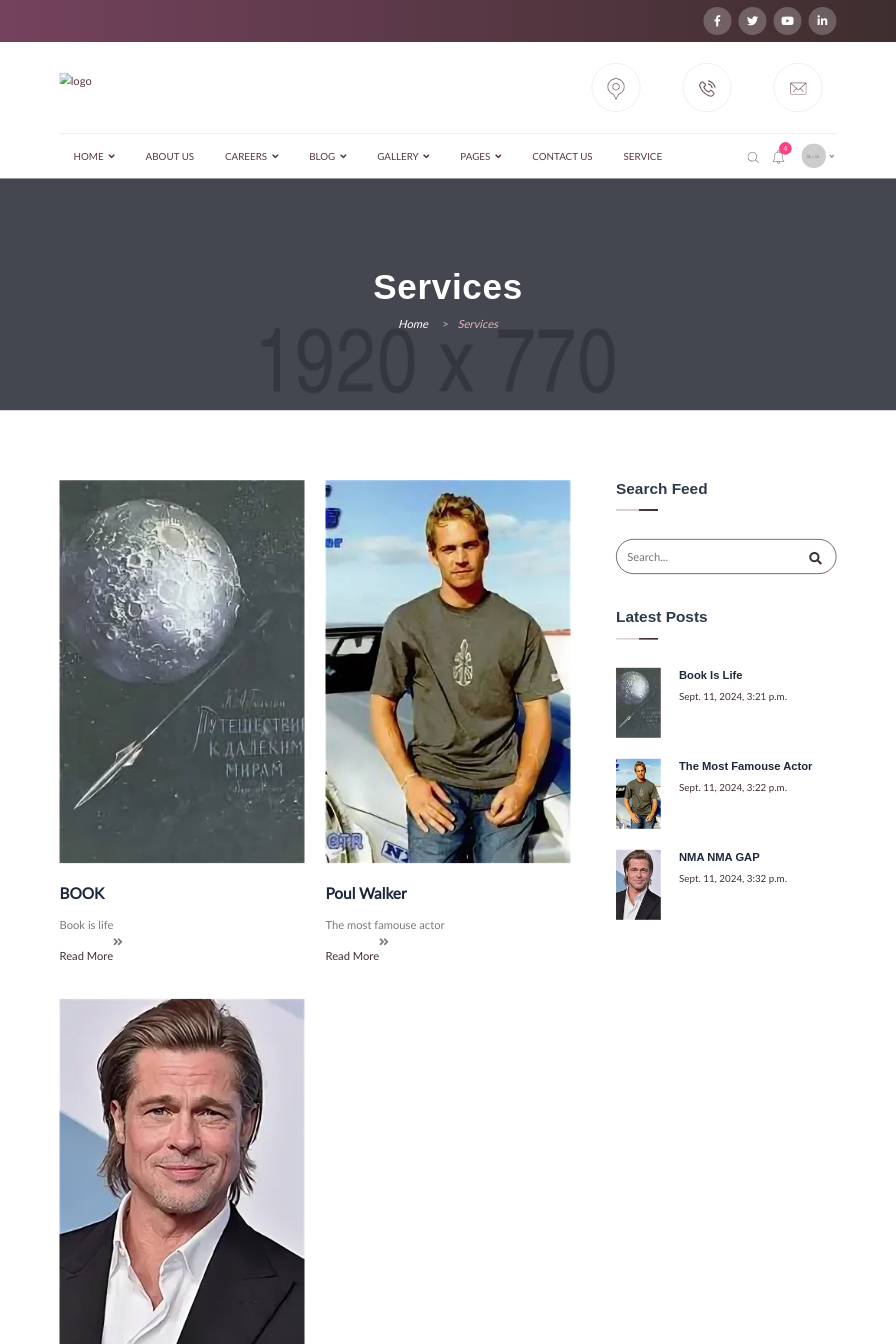
Repository: maqsudov0371/vazifa7oy10dars
Page: http://localhost/service/
These files come from the project's save history. The page is drawn as it stood at one moment and after the next save; the edit follows.
The browser window is 1280 px wide. The pictures show the part of the page from y = 0 to 1920 px (the page is 3012 px tall), at 70% of full size.
Some web fonts or font styles are not loaded; a fallback is used. The page is served by the project's application, run on Django 4.2 (manage.py). Other server files are loaded and not shown. The page reads the database file committed with the project. Queries for data that is not in the repository find no rows.

Above is the page before, as saved 2024-09-11 15:29:53.
Console error: TypeError: Cannot read properties of undefined (reading 'left')

### main/templates/main/service.html
{% extends 'base.html' %}

{% block slider %}
{% endblock slider %}

{% block content %}
    <!-- inner header wrapper start -->
    <div class="page_title_section float_left">
        <div class="page_header">
            <div class="container">
                <div class="row">
                    <!-- section_heading start -->
                    <div class="col-lg-12 col-md-12 col-12 col-sm-12">
                        <h1>Services</h1>
                    </div>
                    <div class="col-lg-12 col-md-12 col-12 col-sm-12">
                        <div class="sub_title_section">
                            <ul class="sub_title">
                                <li><a href="#">Home</a> &nbsp;&nbsp;&nbsp; &gt; &nbsp;&nbsp;</li>
                                <li>Services</li>
                            </ul>
                        </div>
                    </div>
                </div>
            </div>
        </div>
    </div>
    <!-- inner header wrapper end -->

    <!-- blog wrapper start -->
    <div class="blog_wrapper float_left">
        <div class="container">
            <div class="row">
                <div class="col-xl-8 col-lg-8 col-md-12 col-sm-12 col-xs-12">
                    <div class="row">
                        {% for service in services %}
                        <div class="col-md-6">
                            <div class="blog-post-wrapper iner_blog">
                                <div class="post-thumbnail">
                                    <img src="{{ service.image.url }}" class="img-responsive" alt="Image">
                                </div>
                                <div class="blog-content edu_service_header">
                                    <header class="entry-header">
                                        <h4 class="entry-title edu_service_heading">
                                            <a href="{% url 'main:service_detail' pk=service.pk %}">{{ service.title }}</a>
                                        </h4>
                                    </header>
                                    <div class="entry-content">
                                        <p>{{ service.content|truncatewords:20 }}</p>
                                    </div>
                                    <a href="{% url 'main:service_detail' pk=service.pk %}" class="blog_read">Read More</a>
                                    <i class="fa fa-angle-double-right" aria-hidden="true"></i>
                                </div>
                            </div>
                        </div>
                        {% endfor %}
                    </div>
                </div>

                <!-- Sidebar -->
                <div class="col-xl-4 col-lg-4 col-md-12 col-sm-12 col-xs-12 right_sidebar blog_single_sidebar">
                    <!-- Search Form -->
                    <div class="sidebar_widget float_left">
                        <div class="widget_heading">
                            <h2>Search feed</h2>
                        </div>
                        <form class="search_form" role="search">
                            <div class="form-group">
                                <input type="text" class="form-control" placeholder="Search...">
                            </div>
                            <button type="submit"><i class="fa fa-search"></i></button>
                        </form>
                    </div>

                    <!-- Latest Posts -->
                    <div class="sidebar_widget float_left">
                        <div class="widget_heading">
                            <h2>Latest Posts</h2>
                        </div>
                        {% for last in services %}
                            <div class="blog_wrapper22 float_left">
                                <div class="blog_image">
                                    <img src="{{ last.image.url }}" class="img-responsive" alt="blog_img1" style="height: 100px; width: ;" />
                                </div>
                                <div class="blog_text">
                                    <h5><a href="#">{{ last.content }}</a></h5>
                                    <div class="blog_date">{{ last.created_at }}</div>
                                </div>
                            </div>
                        {% endfor %}
                    </div>


                </div>
            </div>
        </div>
    </div>
    <!-- blog wrapper end -->

    <!-- edu letter wrapper Start -->
    <div class="edu_letter_main_wrapper float_left">
        <div class="container">
            <div class="edu_left_envo">
                <img src="images/innn.png" alt="img">
                <h3>Sign Up for Newsletter</h3>
            </div>
            <div class="edu_right_form">
                <input type="text" placeholder="Enter your email">
                <button>Sign Up</button>
            </div>
        </div>
    </div>
    <!-- edu letter wrapper End -->
{% endblock content %}

### templates/base.html
<!DOCTYPE html>
<!--
Template Name: Edu365 Education HTML
Version: 1.0.0
Author: Webstrot

-->
<!--[if IE 8]> <html lang="en" class="ie8 no-js"> <![endif]-->
<!--[if IE 9]> <html lang="en" class="ie9 no-js"> <![endif]-->
<!--[if !IE]><!-->
<html lang="zxx">
<!--[endif]-->

<head>
    <meta charset="utf-8" />
    <title>Edu365 Education HTML Template</title>
    <meta content="width=device-width, initial-scale=1.0" name="viewport" />
    <meta name="description" content="Education" />
    <meta name="keywords" content="Education" />
    <meta name="author" content="" />
    <meta name="MobileOptimized" content="320" />
    <!--Template style -->
    {% include 'components/_style.html' %}

</head>

<body>
        <div id="preloader">
        <div id="status">
            <img src="/static/images/preloader.gif" id="preloader_image" alt="loader">
        </div>
    </div>
    <!-- edu top header wrapper Start -->
        {% include 'components/header/_top_header.html' %}
    <!-- edu top header wrapper End -->

    <!-- edu logo header wrapper Start -->
        {% include 'components/header/_logo_header.html' %}
    <!-- edu logo header wrapper End -->

    <!-- edu navihation header wrapper Start -->
        {% include 'components/header/_navihation_header.html' %}
    <!-- edu navihation header wrapper End -->

        <!-- edu slider wrapper Start -->
        {% block slider %}
        {% include 'components/header/_slider.html' %}
        {% endblock slider %}
    <!-- edu slider wrapper End -->

    {% block content %}
    {% endblock content %}

     <!-- footer Wrapper Start -->
    {% include 'components/_footer.html' %}
    <!-- footer Wrapper End -->

    {% include 'components/_script.html' %}

</body>
</html>

### templates/components/_style.html
{% load static %}
<link rel="stylesheet" type="text/css" href="{% static 'css/animate.css' %}" />
<link rel="stylesheet" type="text/css" href="{% static 'css/bootstrap.min.css' %}" />
<link rel="stylesheet" type="text/css" href="{% static 'css/fonts.css' %}" />
<link rel="stylesheet" type="text/css" href="{% static 'css/font-awesome.css' %}" />
<link rel="stylesheet" type="text/css" href="{% static 'css/nice-select.css' %}" />
<link rel="stylesheet" type="text/css" href="{% static 'css/settings.css' %}" />
<link rel="stylesheet" type="text/css" href="{% static 'css/book.css' %}" />
<link rel="stylesheet" type="text/css" href="{% static 'css/swiper.css' %}" />
<link rel="stylesheet" type="text/css" href="{% static 'css/venobox.css' %}" />
<link rel="stylesheet" type="text/css" href="{% static 'css/testimonial.css' %}" />
<link rel="stylesheet" type="text/css" href="{% static 'css/flaticon.css' %}" />
<link rel="stylesheet" type="text/css" href="{% static 'css/owl.carousel.css' %}" />
<link rel="stylesheet" type="text/css" href="{% static 'css/owl.theme.default.css' %}" />
<link rel="stylesheet" type="text/css" href="{% static 'css/settings.css' %}" />
<link rel="stylesheet" type="text/css" href="{% static 'css/layers.css' %}" />
<link rel="stylesheet" type="text/css" href="{% static 'css/navigation.css' %}" />
<link rel="stylesheet" type="text/css" href="{% static 'css/style.css' %}" />
<link rel="stylesheet" type="text/css" href="{% static 'css/responsive.css' %}" />
<!--favicon-->
<link rel="shortcut icon" type="image/png" href="{% static 'images/favicon.png' %}" />

### templates/components/header/_top_header.html
<div class="edu_top_header_wrapper float_left">
        <div class="container">
            <div class="row">
                <div class="col-xl-6 col-lg-6 col-md-6 col-sm-12 col-12">
                    <div class="edu_top_header_left_wrapper">
                        <p>{{ header.message }}</p>
                    </div>
                </div>
                <div class="col-xl-6 col-lg-6 col-md-6 col-sm-12 col-12">
                    <div class="edu_top_header_right_wrapper">
                        <ul>
                            <li><a href=""><i class="fab fa-facebook-f"></i></a>
                            </li>
                            <li><a href="#"><i class="fab fa-twitter"></i></a>
                            </li>
                            <li><a target="_blank" href="https://www.youtube.com/{{ header.youtube }}"><i class="fab fa-youtube"></i></a>
                            </li>
                            <li><a href="#"><i class="fab fa-linkedin-in"></i></a>
                            </li>
                        </ul>
                    </div>
                </div>
            </div>
        </div>
    </div>

### templates/components/header/_logo_header.html
<div class="edu_logo_header_wrapper float_left">
        <div class="container">
            <div class="row">
                <div class="col-md-12">
                    <div class="edu_border_line">
                        <div class="row">
                            <div class="col-md-3">
                                <div class="edu_logo_main_wrapper">
                                    <a href="index.html">
                                        <img src="{{ header.logo.url }}" alt="logo">
                                    </a>
                                </div>
                            </div>
                            <div class="col-md-9 d-none d-sm-none d-md-block">
                                <div class="lv_share_info_wrapper">
                                    <ul>
                                        <li>
                                            <div class="lv_header_icon">
                                                <img src="/static/images/pin.png" alt="Map Icon" title="Map Icon">
                                            </div>
                                            <p>{{ header.address }}</p>
                                        </li>
                                        <li>
                                            <div class="lv_header_icon">
                                                <img src="/static/images/phone.png" alt="Call Icon" title="Call Icon">
                                            </div>
                                            <p>{{ header.phone1 }}
                                                <br>{{ header.phone2 }}</p>
                                        </li>
                                        <li>
                                            <div class="lv_header_icon">
                                                <img src="/static/images/env.png" alt="Mail Icon" title="Mail Icon">
                                            </div>
                                            <p> <a href="#">{{ header.email1 }}</a>
                                                <br> <a href="#">{{ header.email2 }}</a>
                                            </p>
                                        </li>
                                    </ul>
                                </div>
                            </div>
                        </div>
                    </div>
                </div>
            </div>
        </div>
    </div>
    <a id="back2Top" title="Back to top" href="#">&#10148;</a>

### main/models.py
from django.db import models
from django.contrib.auth.models import AbstractUser, User
from django.urls import reverse
from django.core.validators import FileExtensionValidator
from PIL import Image
from django.db import models



# Create your models here.

class User(AbstractUser):
    phone = models.CharField(max_length=13, blank=True,  db_index=True)
    auth_code = models.CharField(max_length=6, blank=True)

    # def get_absolute_url(self):
    #     print(self)
    #     return reverse("main:account", kwargs={"id": self.id})

    def __str__(self) -> str:
        return f"{self.username}"


class Category(models.Model):
    title = models.CharField(max_length=15)

    def __str__(self) -> str:
        return f"{self.title}"


class Tag(models.Model):
    title = models.CharField(max_length=15)

    def __str__(self) -> str:
        return f"{self.title}"




class Course(models.Model):
    LANGUAGES = (
        ('uz', 'O\'zbekcha'),
        ('ru', 'Ruscha'),
        ('en', 'Inglizcha'),
    )
    title = models.CharField(max_length=100)
    slug = models.SlugField(max_length=255, unique=True, blank=True)
    description = models.TextField()
    duration = models.DurationField(blank=True)
    price = models.DecimalField(max_digits=10, decimal_places=2)  # 100.00
    category = models.ForeignKey('Category', on_delete=models.CASCADE, related_name="courses")
    created_at = models.DateTimeField(verbose_name="Boshlanish vaqti")
    updated_at = models.DateTimeField(auto_now=True, verbose_name="Yangilanish vaqti")
    language = models.CharField(max_length=100, blank=True, choices=LANGUAGES)
    rating = models.PositiveBigIntegerField(verbose_name="Rating", default=0)
    image = models.ImageField(upload_to="images", blank=True)
    tags = models.ManyToManyField('Tag', verbose_name="tags")

    class Meta:
        ordering = ['-rating']

    def save(self, *args, **kwargs):
        # Call the parent save method to save the object
        super().save(*args, **kwargs)

        if self.image:
            img = Image.open(self.image.path)

            # Resize the image to 150x220
            img = img.resize((150, 220), Image.ANTIALIAS)
            img.save(self.image.path)


# -------------------------------------------------------------------

class Header(models.Model):
    message = models.CharField(max_length=150)
    facebook = models.CharField(max_length=30)
    twitter = models.CharField(max_length=30)
    youtube = models.CharField(max_length=30)
    linkedin = models.CharField(max_length=30)
    logo = models.ImageField(upload_to="header/logo/")
    address = models.CharField(max_length=150)
    phone1 = models.CharField(max_length=15)
    phone2 = models.CharField(max_length=15)
    email1 = models.EmailField()
    email2 = models.EmailField()

    def __str__(self):
        return f"{self.message}"


class HeaderImage(models.Model):
    service = models.CharField(max_length=100)
    content = models.CharField(max_length=255)
    header = models.ForeignKey(Header, on_delete=models.CASCADE)
    image = models.ImageField(upload_to='header/images/')


class Service(models.Model):
    title = models.CharField(max_length=150)
    content = models.TextField()
    image = models.ImageField(upload_to="service/", help_text="O'lcham: 160x250 px")
    book_image = models.ImageField(upload_to="book/image/", help_text="O'lcham 371x202 px")
    created_at = models.DateTimeField(auto_now_add=True)


class ServiceBook(models.Model):
    service = models.ForeignKey(Service, on_delete=models.PROTECT)
    file = models.FileField(upload_to="book/file/", validators=[
        FileExtensionValidator(allowed_extensions=['pdf', 'doc', 'docx'])
    ])


class Teachers(models.Model):
    title = models.CharField(max_length=255)
    name = models.CharField(max_length=100)
    image = models.ImageField(upload_to="teachers/images/", help_text="O'lcham 372x325 px")
    description = models.TextField()
    age = models.PositiveIntegerField()

### config/urls.py
"""
URL configuration for config project.

The `urlpatterns` list routes URLs to views. For more information please see:
    https://docs.djangoproject.com/en/4.2/topics/http/urls/
Examples:
Function views
    1. Add an import:  from my_app import views
    2. Add a URL to urlpatterns:  path('', views.home, name='home')
Class-based views
    1. Add an import:  from other_app.views import Home
    2. Add a URL to urlpatterns:  path('', Home.as_view(), name='home')
Including another URLconf
    1. Import the include() function: from django.urls import include, path
    2. Add a URL to urlpatterns:  path('blog/', include('blog.urls'))
"""
from django.contrib import admin
from django.urls import path, include
from django.conf import settings
from django.conf.urls.static import static

urlpatterns = [
    path('admin/', admin.site.urls),
    path('', include('main.urls', namespace="main")),
]

urlpatterns += static(settings.MEDIA_URL, document_root=settings.MEDIA_ROOT)

### main/urls.py
from django.urls import path
from .views import (HomePageView, RegisterView, LoginView, CourseDetailView,
                    AddCourseView, UpdateCourseView, ServiceView, ServiceDetailView)

app_name = 'main'

urlpatterns = [
    path('', HomePageView.as_view(), name="home"),
    path('register', RegisterView.as_view(), name="register"),
    path('login', LoginView.as_view(), name="kirish"),
    path('course/<str:slug>', CourseDetailView.as_view(), name="detail"),
    path('add_course', AddCourseView.as_view(), name="add_course"),
    path('course/<int:pk>/edit', UpdateCourseView.as_view(), name="update_course"),
    path('service/', ServiceView.as_view(), name="services"),
    path('service_detail/<int:pk>/', ServiceDetailView.as_view(), name='service_detail'),

]

### staticfiles/css/flaticon.css
	/*
  	Flaticon icon font: Flaticon
  	Creation date: 03/07/2019 08:55
  	*/

@font-face {
  font-family: "Flaticon";
  src: url("../fonts/Flaticon.eot");
  src: url("../fonts/Flaticon.eot?#iefix") format("embedded-opentype"),
       url("../fonts/Flaticon.woff2") format("woff2"),
       url("../fonts/Flaticon.woff") format("woff"),
       url("../fonts/Flaticon.ttf") format("truetype"),
       url("../fonts/Flaticon.svg#Flaticon") format("svg");
  font-weight: normal;
  font-style: normal;
}

@media screen and (-webkit-min-device-pixel-ratio:0) {
  @font-face {
    font-family: "Flaticon";
    src: url("./Flaticon.svg#Flaticon") format("svg");
  }
}

[class^="flaticon-"]:before, [class*=" flaticon-"]:before,
[class^="flaticon-"]:after, [class*=" flaticon-"]:after {
  font-family: Flaticon;
        font-size: 20px;
font-style: normal;
margin-left: 20px;
}

.flaticon-menu:before { content: "\f100"; }
.flaticon-close-envelope:before { content: "\f101"; }
.flaticon-telephone:before { content: "\f102"; }
.flaticon-map-marker:before { content: "\f103"; }
.flaticon-plus-symbol:before { content: "\f104"; }
.flaticon-left-arrow:before { content: "\f105"; }
.flaticon-right-arrow:before { content: "\f106"; }
.flaticon-notification:before { content: "\f107"; }
.flaticon-college-graduation:before { content: "\f108"; }
.flaticon-books-stack-of-three:before { content: "\f109"; }
.flaticon-classroom:before { content: "\f10a"; }
.flaticon-kids-couple:before { content: "\f10b"; }
.flaticon-file:before { content: "\f10c"; }

### db.sqlite3 (the tables this page reads, as SQL)
CREATE TABLE "main_service" ("id" integer NOT NULL PRIMARY KEY AUTOINCREMENT, "title" varchar(150) NOT NULL, "content" text NOT NULL, "image" varchar(100) NOT NULL, "book_image" varchar(100) NOT NULL, "created_at" datetime NOT NULL);
INSERT INTO "main_service" VALUES
(1, 'BOOK', 'Book is life', 'service/i_3_66ipPX7.webp', 'book/image/i_2_F5CahHc.webp', '2024-09-11 10:21:45.974625'),
(2, 'Poul Walker', 'The most famouse actor', 'service/160x250_rpNRk8M.webp', 'book/image/371x202_oRnJeCW.webp', '2024-09-11 10:22:16.011371'),
(3, 'nma nma gap', 'NMA NMA GAP', 'service/i_5.webp', 'book/image/i_6.webp', '2024-09-11 10:32:34.940560');

Loaded but not shown: staticfiles/css/animate.css (library); staticfiles/css/bootstrap.min.css (library); staticfiles/css/font-awesome.css (library); staticfiles/css/nice-select.css (common file); staticfiles/css/settings.css (library); staticfiles/css/swiper.css (library); staticfiles/css/venobox.css (common file); staticfiles/css/owl.carousel.css (library); staticfiles/css/owl.theme.default.css (common file); staticfiles/css/style.css (library); staticfiles/js/jquery-3.3.1.min.js (library); staticfiles/js/bootstrap.min.js (library); staticfiles/js/modernizr.js (library); staticfiles/js/jquery.themepunch.revolution.min.js (library); staticfiles/js/jquery.themepunch.tools.min.js (library); staticfiles/js/jquery.countTo.js (common file); staticfiles/js/jquery.inview.min.js (common file); staticfiles/js/swiper.min.js (library); staticfiles/js/venobox.min.js (library); staticfiles/js/owl.carousel.js (library); staticfiles/js/jquery.menu-aim.js (library); staticfiles/js/jquery.nice-select.min.js (common file); staticfiles/js/revolution.extension.actions.min.js (library); staticfiles/js/revolution.extension.carousel.min.js (library); staticfiles/js/revolution.extension.kenburn.min.js (library); staticfiles/js/revolution.extension.layeranimation.min.js (library); staticfiles/js/revolution.extension.migration.min.js (library); staticfiles/js/revolution.extension.navigation.min.js (library); staticfiles/js/revolution.extension.parallax.min.js (library); staticfiles/js/revolution.extension.slideanims.min.js (library); staticfiles/js/revolution.extension.video.min.js (library); staticfiles/js/custom.js (239 lines, source omitted); staticfiles/js/testimonial.js (106 lines, source omitted); staticfiles/css/layers.css (5805 lines, source omitted); staticfiles/css/navigation.css (2642 lines, source omitted); templates/components/header/_navihation_header.html (606 lines, source omitted); staticfiles/css/book.css (669 lines, source omitted); staticfiles/css/fonts.css (342 lines, source omitted); staticfiles/css/testimonial.css (69 lines, source omitted); templates/components/_script.html (186 lines, source omitted); staticfiles/css/responsive.css (431 lines, source omitted); main/views.py (200 lines, source omitted); templates/components/_footer.html (119 lines, source omitted)

After the next save:
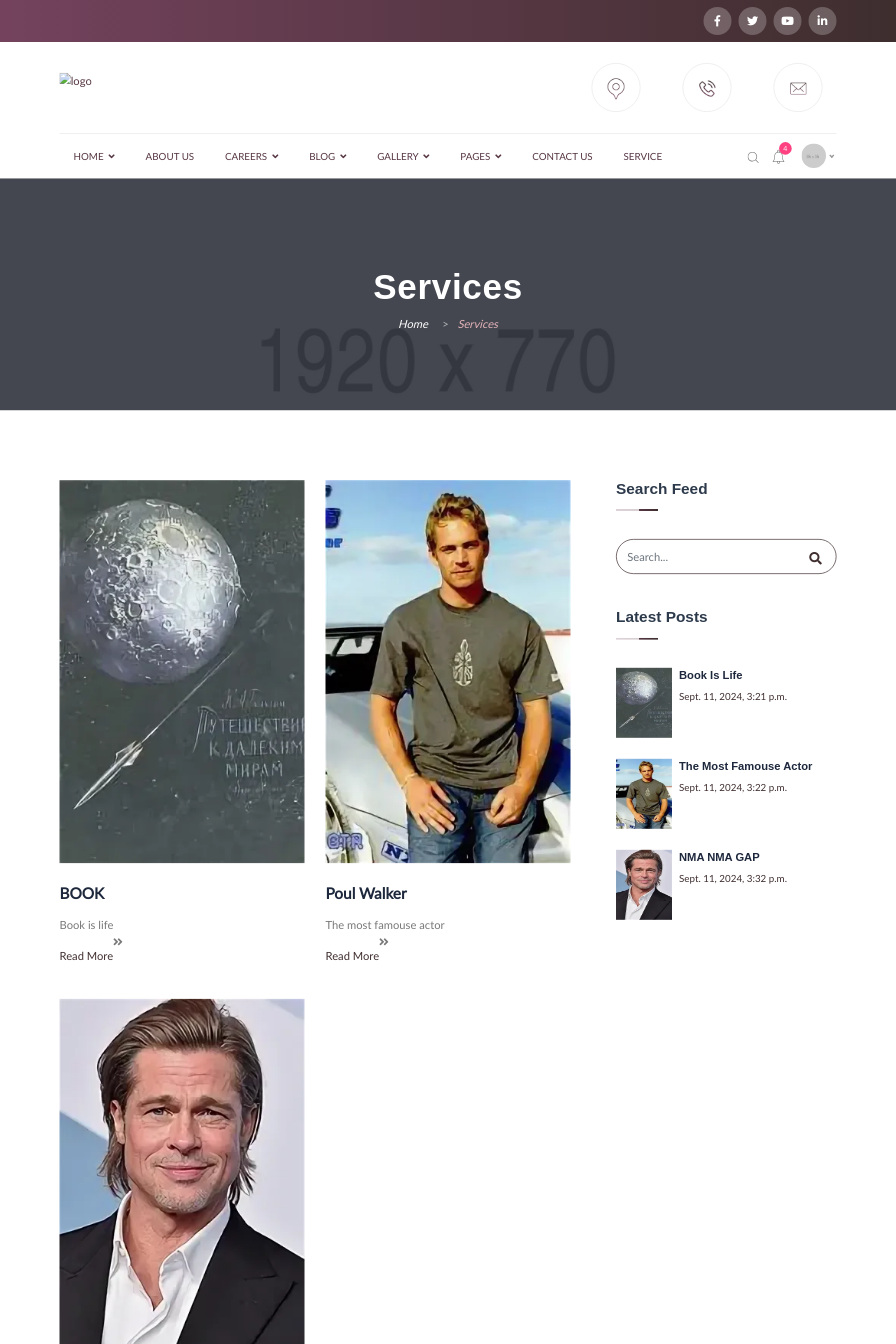
Saved 5 s later.
--- a/main/templates/main/service.html
+++ b/main/templates/main/service.html
@@ -80,7 +80,7 @@
                         {% for last in services %}
                             <div class="blog_wrapper22 float_left">
                                 <div class="blog_image">
-                                    <img src="{{ last.image.url }}" class="img-responsive" alt="blog_img1" style="height: 100px; width: ;" />
+                                    <img src="{{ last.image.url }}" class="img-responsive" alt="blog_img1" style="height: 100px; width: 80px;" />
                                 </div>
                                 <div class="blog_text">
                                     <h5><a href="#">{{ last.content }}</a></h5>
